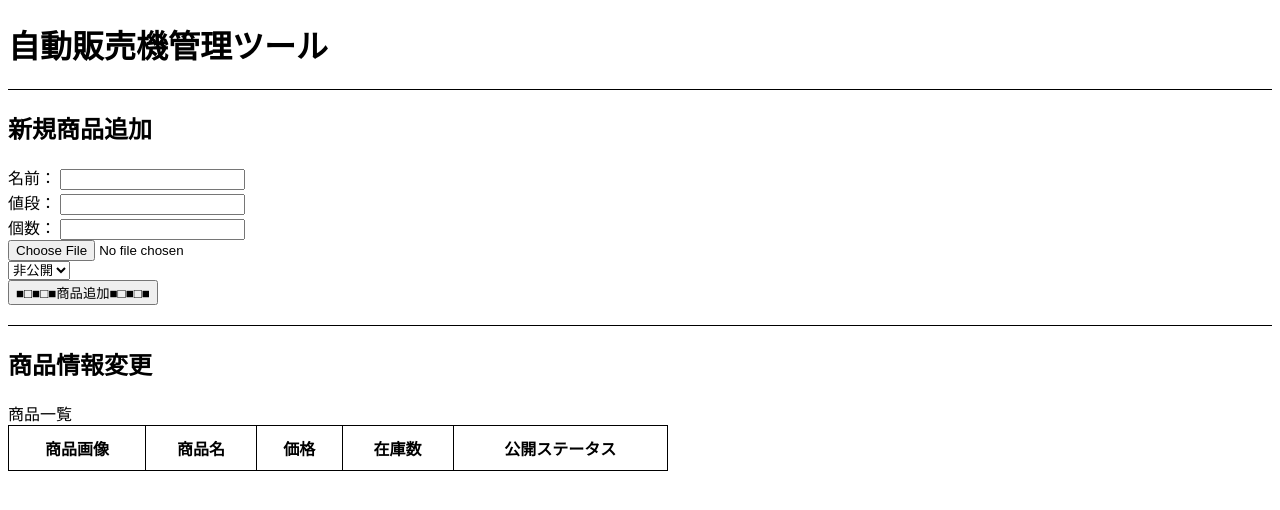
Repository: tppei/PHP
Page: http://localhost/htdocs/drink/tool.php
The author's editor kept a record of every edit. The page is drawn from the files as they stood at one moment, then again after the next edit.
The browser window is 1280 px wide. The pictures show the whole page.
The page is run by PHP 8.4 with error messages shown; the project is at /var/www/html/. Queries for data that is not in the repository find no rows.

Above is the page before.

After the next edit:
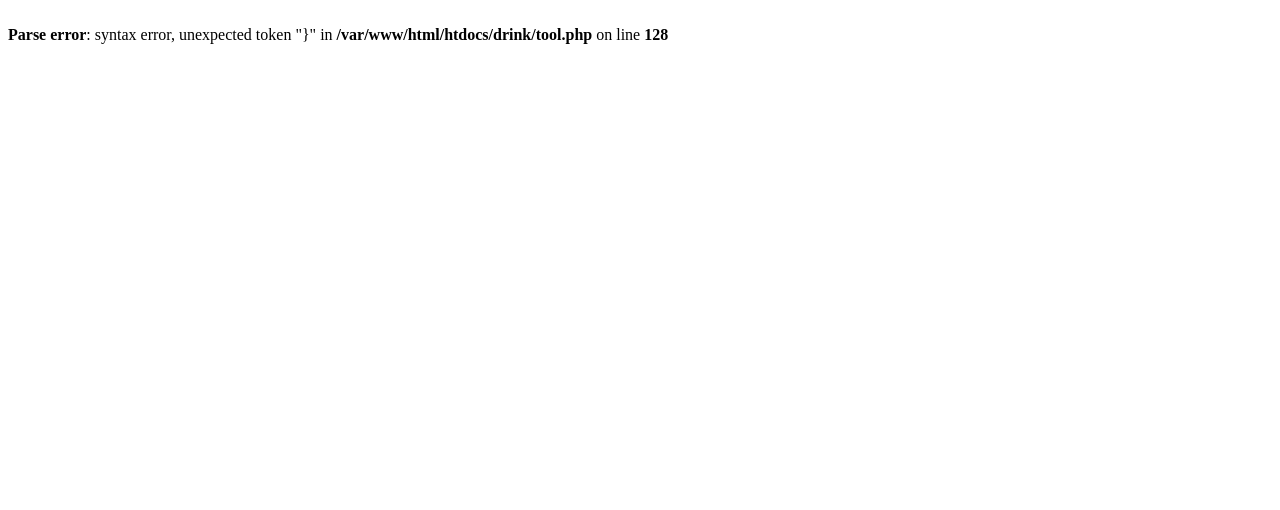
The edit:
--- a/htdocs/drink/tool.php
+++ b/htdocs/drink/tool.php
@@ -122,7 +122,10 @@
             //   個数が空白ではないが半角数字
                print "個数は半角数字を入力してください<br>";
            }else{
-               $new_stock = $_POST['update_stock'];
+               $update_stock = $_POST['update_stock'];
+               if($update_stock){
+                   $sql = 'UPDATE drink_stock_table SET 在庫数 = '
+               }
            }
        }
 
